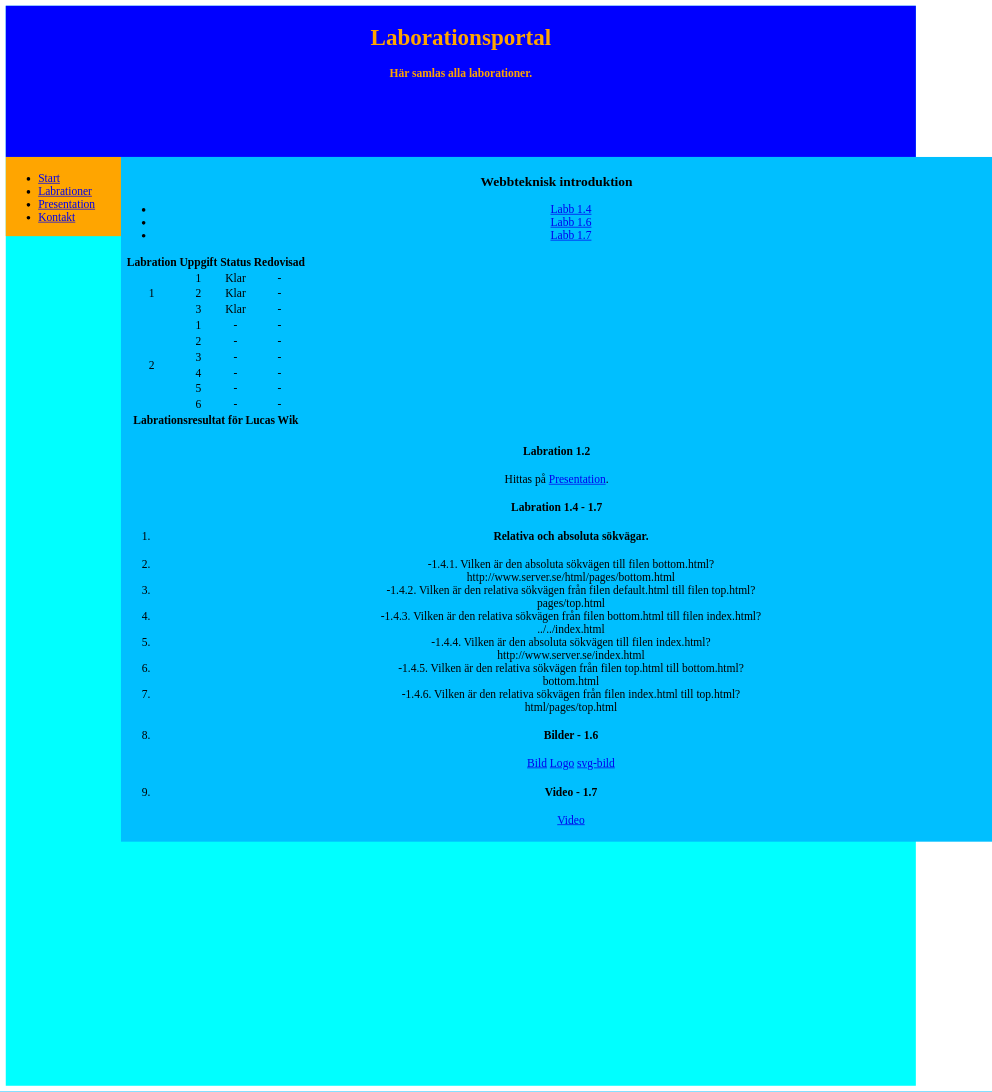
Repository: lw222gz/1ik415-laborationer
Page: Pages/labrationer.html
The author's editor kept a record of every edit. The page is drawn from the files as they stood at one moment, then again after the next edit.
The browser window is 1280 px wide. The page is 1378 px wide, so the pictures cover 1378 px, including what lies to the right of the window. The pictures show the whole page, at 72% of full size.

Above is the page before.

### Pages/labrationer.html
<!doctype html>
<html lang="sv">
    <head>
        <meta charset="utf-8" />
        <link rel="stylesheet" href="../Css/Style.css" />
        <title>labrationer</title>
    </head>
<body>
<div id="container">
<div id="header">
<h1>Laborationsportal</h1>

<strong>Här samlas alla laborationer.</strong>
</div>

<div id="navigator">
<ul>
    <li><a href="../index.html">Start</a></li>
    <li><a href="labrationer.html">Labrationer</a></li>
    <li><a href="presentation.html">Presentation</a></li>
    <li><a href="kontakt.html">Kontakt</a></li>
</ul>
</div>

<div id="content">
<h3>Webbteknisk introduktion</h3>
<ul>
    <li><a href="#1.4">Labb 1.4</a></li>
    <li><a href="#1.6">Labb 1.6</a></li>
    <li><a href="#1.7">Labb 1.7</a></li>
</ul>

<table>
    <thead>
    <tr>
        <th>Labration</th>
        <th>Uppgift</th>
        <th>Status</th>
        <th>Redovisad</th>
    </tr>
    </thead>

    <tfoot>
    <tr>
        <th colspan="4">Labrationsresultat för Lucas Wik</th>
    </tr>
    </tfoot>

    <tbody>
    <tr>
    <td rowspan="3">1</td>
        <td>1</td>
        <td>Klar</td>
        <td>-</td>
    </tr>
    <tr>
        <td>2</td>
        <td>Klar</td>
        <td>-</td>
    </tr>
    <tr>
        <td>3</td>
        <td>Klar</td>
        <td>-</td>
    </tr>
    <tr>
        <td rowspan="6">2</td>
        <td>1</td>
        <td>-</td>
        <td>-</td>
    </tr>
    <tr>
        <td>2</td>
        <td>-</td>
        <td>-</td>
    </tr>
    <tr>
        <td>3</td>
        <td>-</td>
        <td>-</td>
    </tr>
    <tr>
        <td>4</td>
        <td>-</td>
        <td>-</td>
    </tr>
    <tr>
        <td>5</td>
        <td>-</td>
        <td>-</td>
    </tr>
    <tr>
        <td>6</td>
        <td>-</td>
        <td>-</td>
    </tr>
    </tbody>

</table>


<h4>Labration 1.2</h4>
Hittas på <a href="presentation.html">Presentation</a>.



<h4>Labration 1.4 - 1.7</h4>
<ol>
    <li><a id="1.4"></a><h4>Relativa och absoluta sökvägar.</h4>
        <li>-1.4.1. Vilken är den absoluta sökvägen till filen bottom.html?<br />
                http://www.server.se/html/pages/bottom.html</li>

        <li>-1.4.2. Vilken är den relativa sökvägen från filen default.html till filen top.html?<br />
                pages/top.html</li>

        <li>-1.4.3. Vilken är den relativa sökvägen från filen bottom.html till filen index.html?<br />
                ../../index.html</li>

        <li>-1.4.4. Vilken är den absoluta sökvägen till filen index.html?<br />
                http://www.server.se/index.html</li>

        <li>-1.4.5. Vilken är den relativa sökvägen från filen top.html till bottom.html?<br />
                bottom.html</li>

        <li>-1.4.6. Vilken är den relativa sökvägen från filen index.html till top.html?<br />
                html/pages/top.html</li>


    <li><a id="1.6"></a><h4>Bilder - 1.6</h4>
    <a href="presentation.html#bild">Bild</a>
    <a href="../Pics/get%20rekt.png">Logo</a>
    <a href="../index.html#grsm">svg-bild</a>
    </li>
    <li><a id="1.7"></a><h4>Video - 1.7</h4>
        <a href="https://1ik415-laborationer-c9-lw222gz_1.c9.io/Videos/index.html#Video">Video</a>
    </li>
</ol>
</div>
</body>
</html>

### Css/Style.css
#header {
                background-color:blue;
                color:orange;
                height:200px;
                text-align:center;
                padding:5px;
        }

#navigator
        {
                float:left;
                width:150px;
                height:100px;
                background-color:orange;
                padding:5px;
        }

#container
        {
                  background-color:#00FFFF;
                  height:1500px;
        }

#content
        {
                position:absolute;left:168px;top:218px;
                width:1200px;
                text-align:center;
                background-color:#00BFFF;
                padding:5px;
        }
#footer
        {
                text-align:center;
                height:150px;
                background-color:blue;
                color:white;
        }

After the next edit:
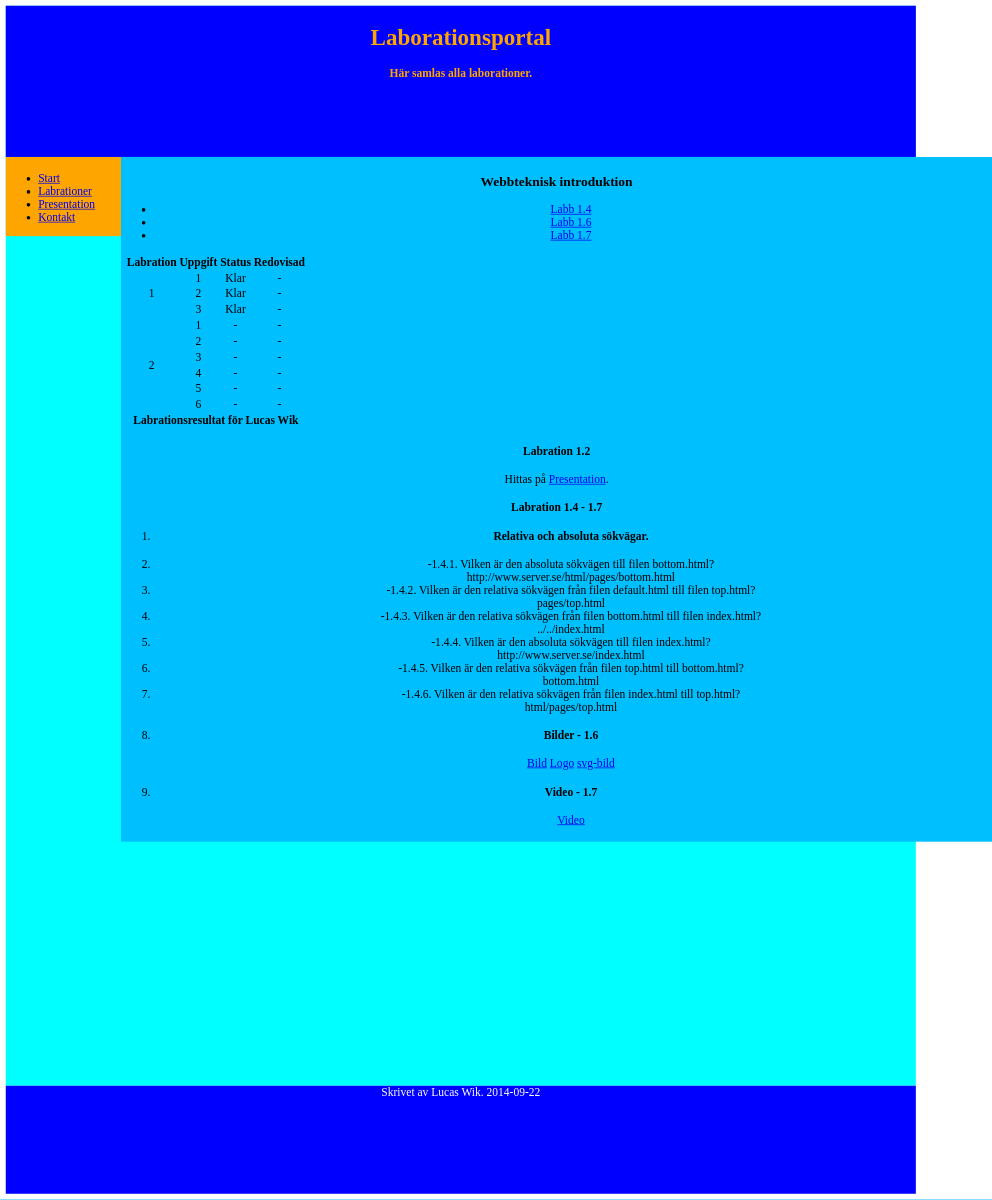
The edit:
--- a/Pages/labrationer.html
+++ b/Pages/labrationer.html
@@ -136,5 +136,9 @@
     </li>
 </ol>
 </div>
+</div>
+<div id="footer">
+    Skrivet av Lucas Wik. 2014-09-22
+</div>
 </body>
 </html>
